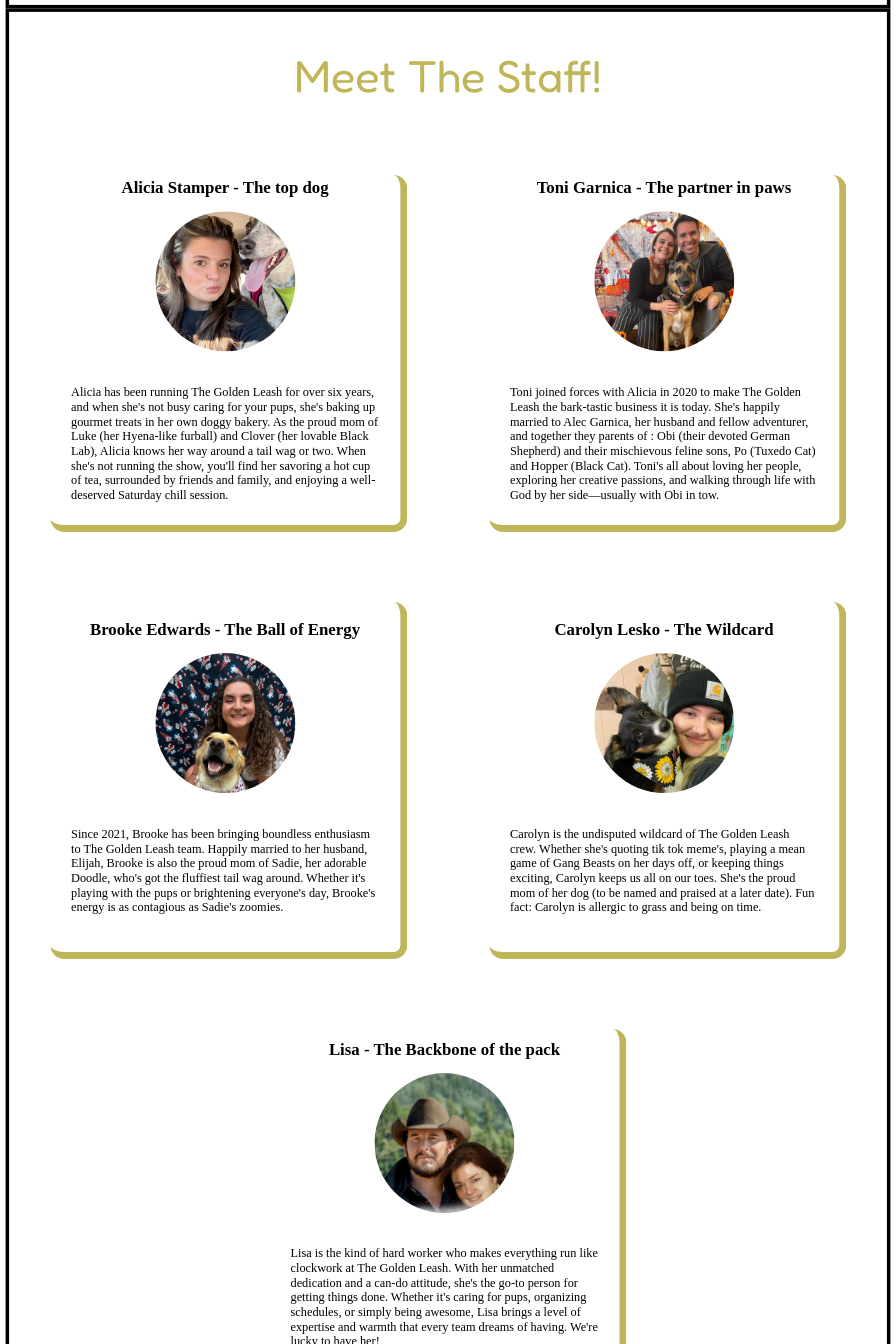
Repository: Aworminator/Thegoldenleash
Page: index.html
An editor plug-in stored every save of this project. The page is shown before and after the next save, followed by the edit.
The browser window is 1280 px wide. The pictures show the part of the page from y = 1830 to 3750 px (the page is 3873 px tall before and 3876 px after), at 70% of full size.

Above is the page before, as saved 2025-06-26 16:23:30.

After the next save:
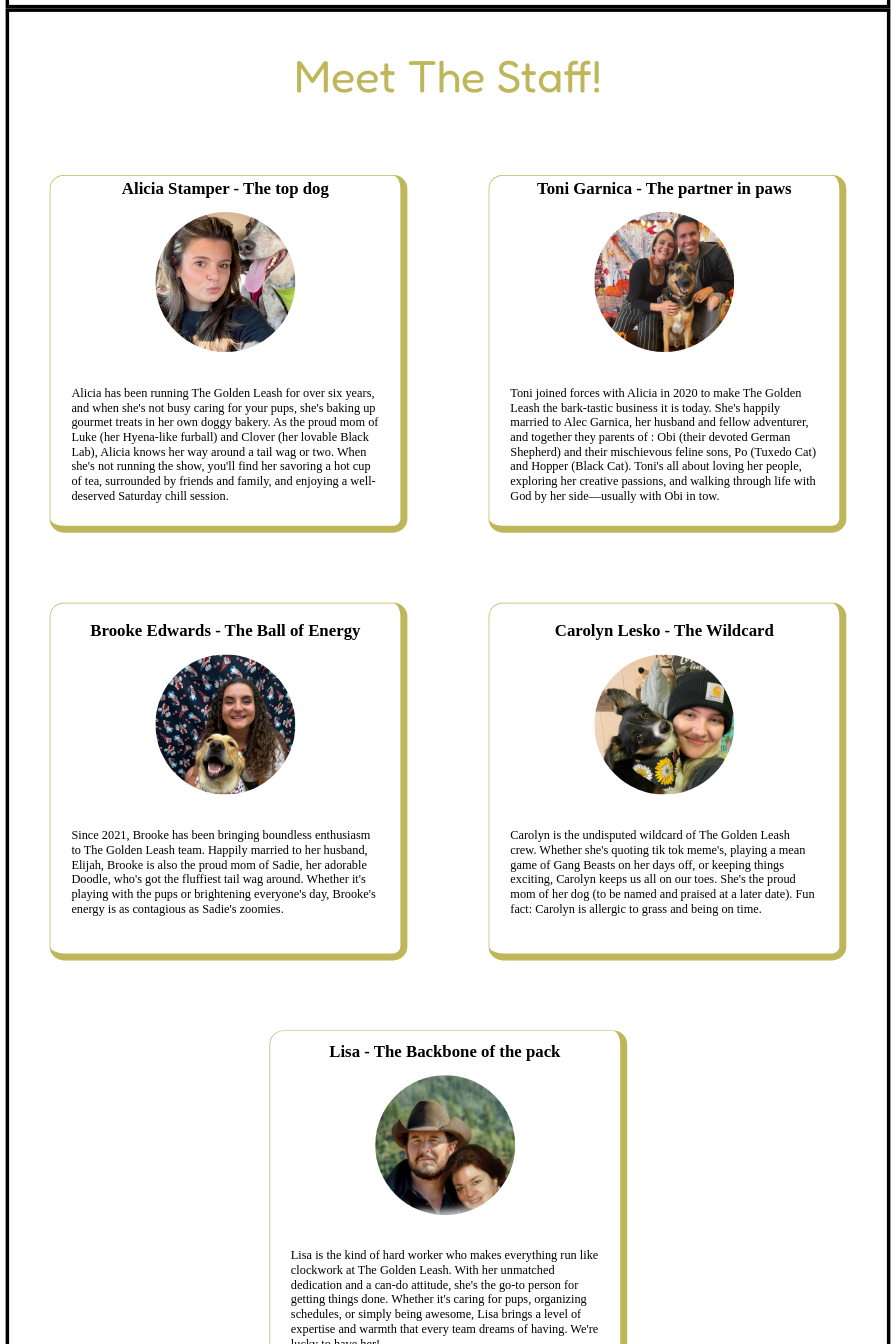
Saved 42 s later.
--- a/style.css
+++ b/style.css
@@ -89,6 +89,8 @@ li {
   border: none;
   border-bottom: 10px solid #bfb65a;
   border-right: 10px solid #bfb65a;
+  border-top: 1px solid #bfb65a;
+  border-left: 1px solid #bfb65a;
   border-radius: 20px;
   display: flex;
   flex-direction: column;
